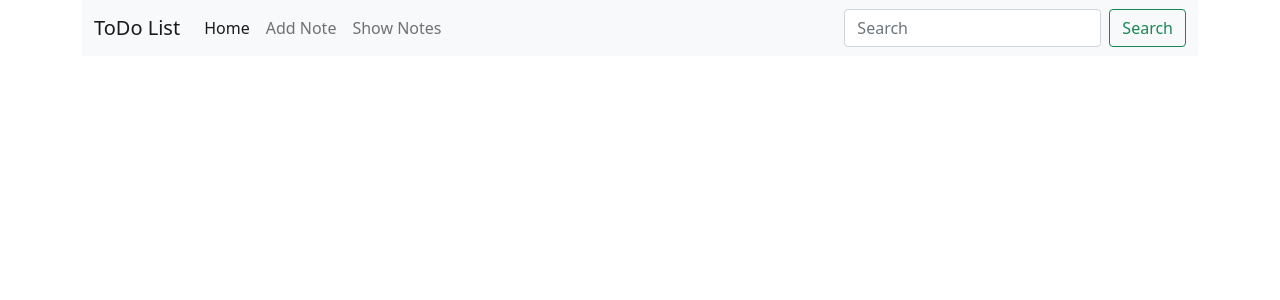
Repository: VishalSalvi17/Hibernate
Page: http://localhost/ToDoList/
The author's editor kept a copy of each file at every save. The page is drawn from the files as they stood at one save, then again after the next save.
The browser window is 1280 px wide. The pictures show the whole page.
The page is served by Tomcat 9.

Above is the page before, as saved 2023-03-16 10:30:37.

After the next save:
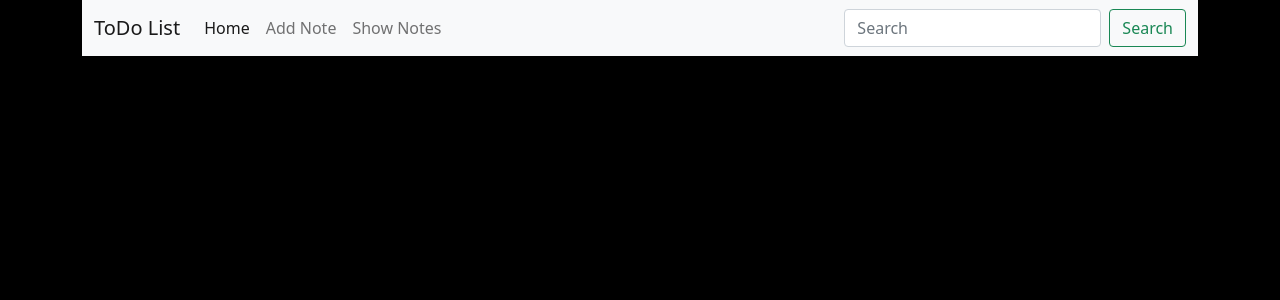
Saved 44 s later.
--- a/ToDoList/src/main/webapp/index.jsp
+++ b/ToDoList/src/main/webapp/index.jsp
@@ -9,7 +9,7 @@
     <link href="https://cdn.jsdelivr.net/npm/bootstrap@5.0.2/dist/css/bootstrap.min.css" rel="stylesheet" integrity="sha384-EVSTQN3/azprG1Anm3QDgpJLIm9Nao0Yz1ztcQTwFspd3yD65VohhpuuCOmLASjC" crossorigin="anonymous">
 
 	<!-- style path-->
-	<link href="style.css">
+	<link href="css/style.css" rel="stylesheet">
     <title>Hello, world!</title>
   </head>
   <body>

After the save that followed:
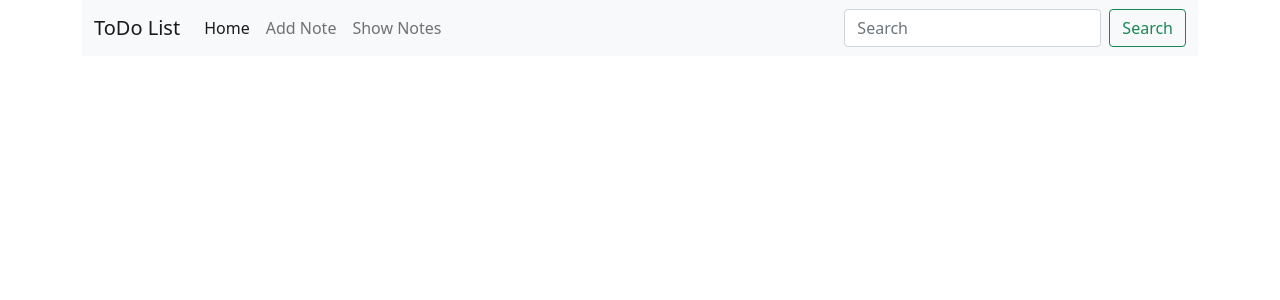
Saved 41 s later.
--- a/ToDoList/src/main/webapp/css/style.css
+++ b/ToDoList/src/main/webapp/css/style.css
@@ -1,3 +1,3 @@
-body{
-	background:black;
+.purple{
+	background:purple
 }
